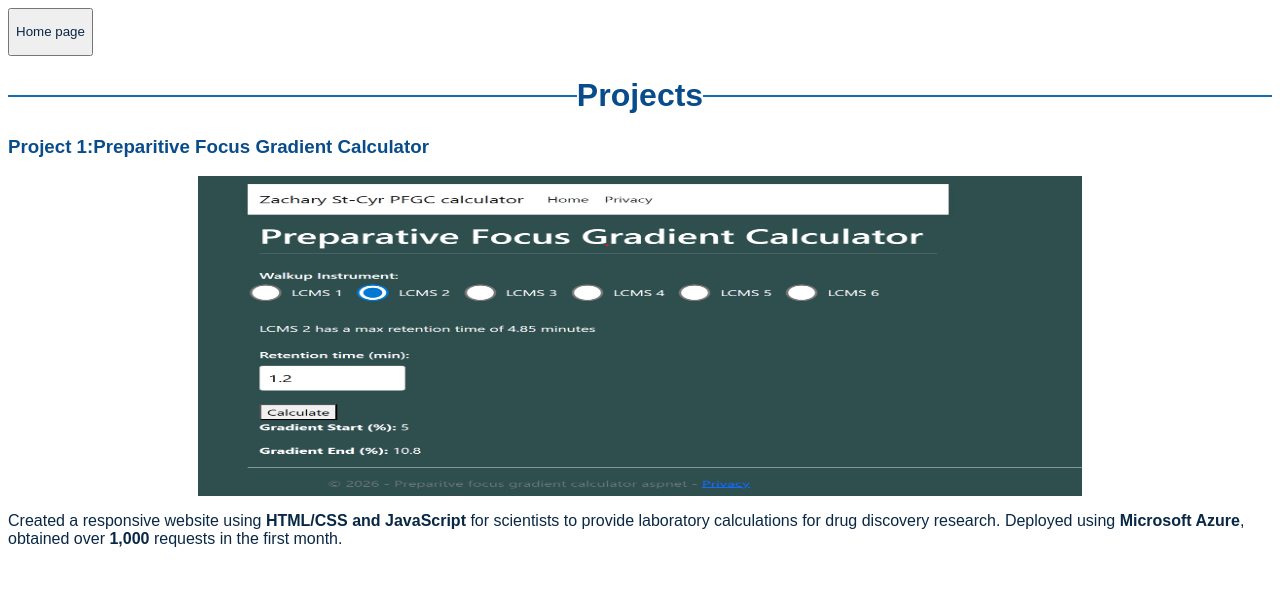
Repository: zackaroo20/zackaroo20
Page: pages/projects.html
These files come from the project's save history. The page is drawn as it stood at one moment and after the next save; the edit follows.
The browser window is 1280 px wide. The pictures show the whole page.

Above is the page before, as saved 2026-05-19 11:40:20.

After the next save:
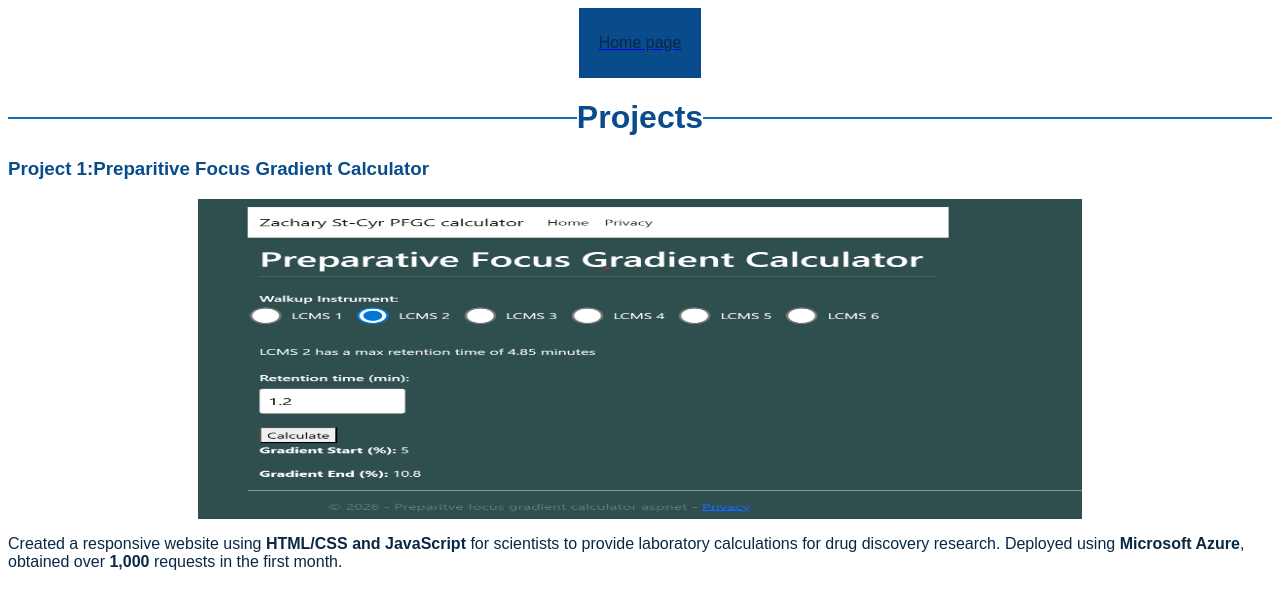
Saved 83 s later.
--- a/styles/pages.css
+++ b/styles/pages.css
@@ -4,6 +4,20 @@ h1{
     font-family: Arial, Helvetica, sans-serif;
     color: #084c8b;
 
+}
+button{
+    /* auto complete */
+    display: flex;
+    justify-content: center;
+    margin: auto;
+    color: white;
+    background-color: #084c8b;
+
+    border: none;
+    padding: 10px 20px;
+    text-align: center;
+    text-decoration: none;
+    font-size: 16px;
 }
 
 h3{
